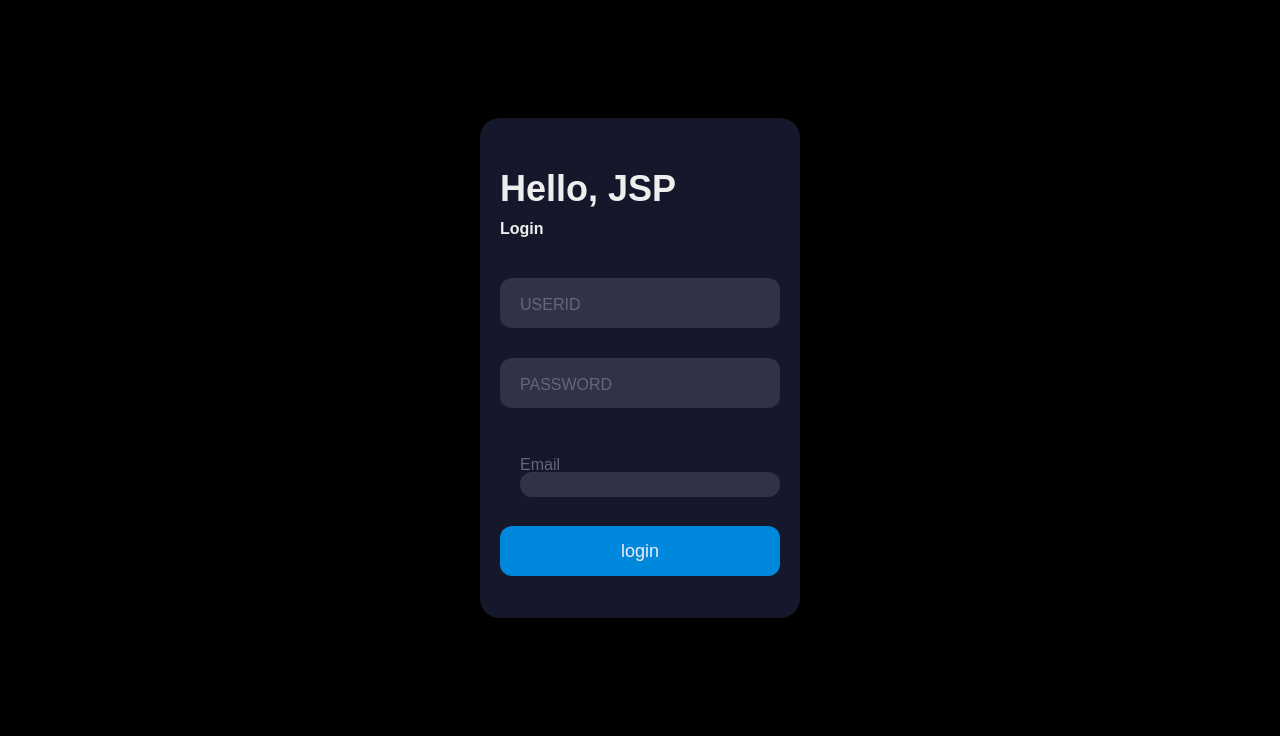
Repository: uhhuhhmm/JSP-Servlet-Class
Page: http://localhost/web03/form304.jsp
An editor plug-in stored every save of this project. The page is shown before and after the next save, followed by the edit.
The browser window is 1280 px wide. The pictures show the whole page.
The page is served by Tomcat 9.

Above is the page before, as saved 2022-07-15 02:02:47.

After the next save:
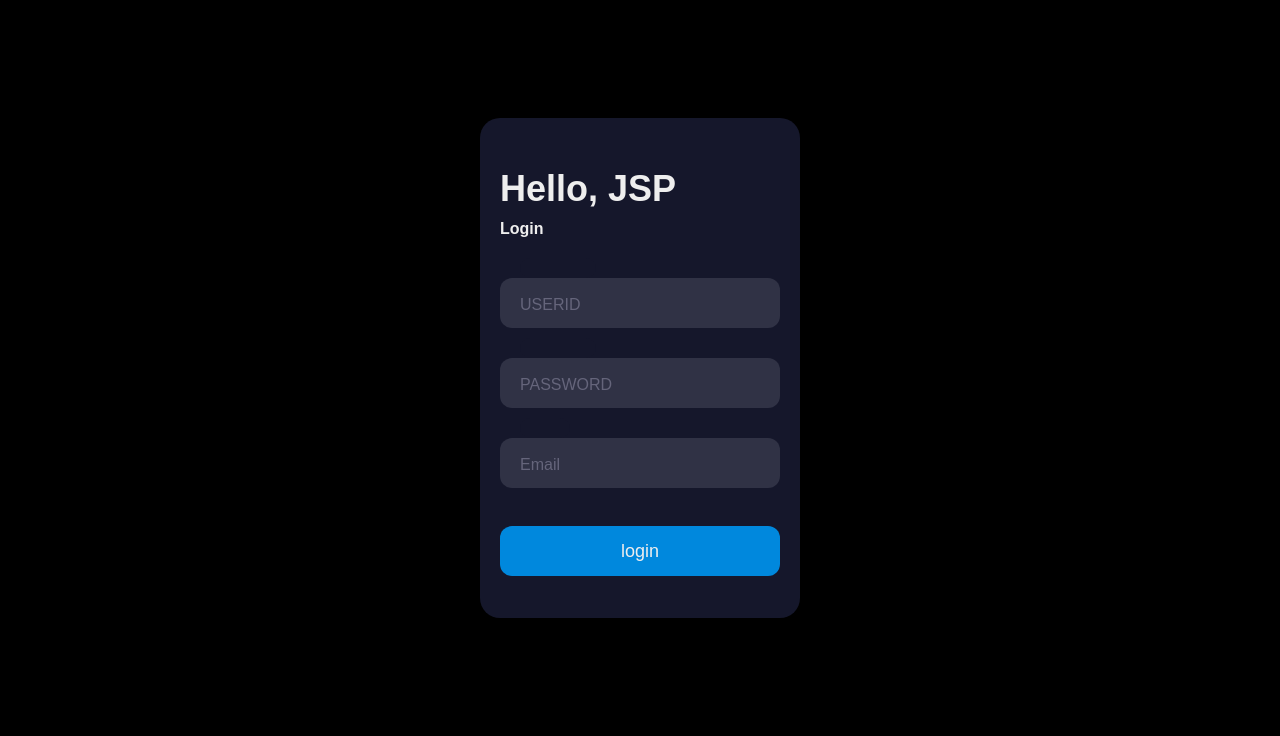
Saved 14 s later.
--- a/web03/WebContent/form304.jsp
+++ b/web03/WebContent/form304.jsp
@@ -148,9 +148,9 @@ body {
         <label for="userpwd" class="placeholder">PASSWORD</label>
       </div>
       <div class="input-container ic2">
+        <input id="email" class="input" type="text" placeholder=" " />
         <div class="cut cut-short"></div>
         <label for="email" class="placeholder">Email</>
-        <input id="email" class="input" type="text" placeholder=" " />
       </div>
       <button type="submit" class="submit" value="로그인">login</button>
     </div>
